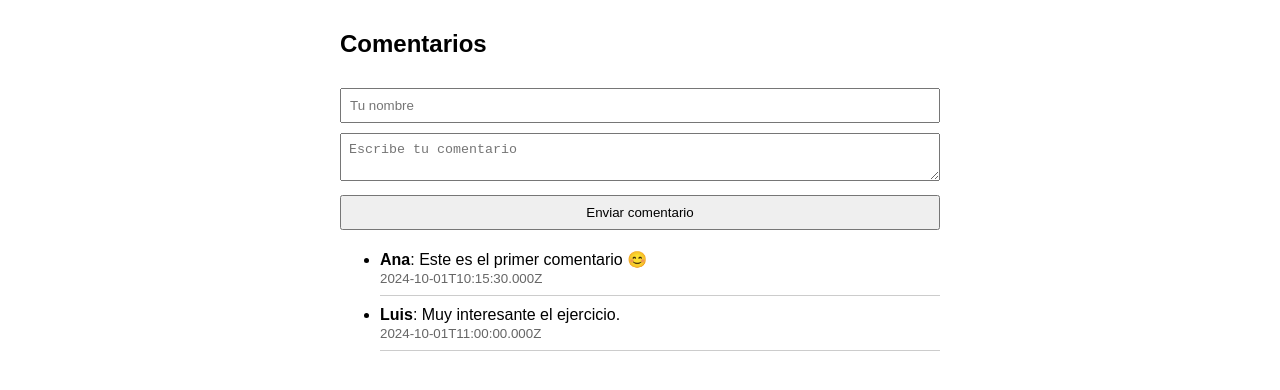
Repository: covaa15/DWEC
Page: Ejer_11/Ejercicio2/index.html
These files come from the project's save history. The page is drawn as it stood at one moment and after the next save; the edit follows.
The browser window is 1280 px wide. The pictures show the whole page.

Above is the page before, as saved 2025-12-13 18:16:28.

After the next save:
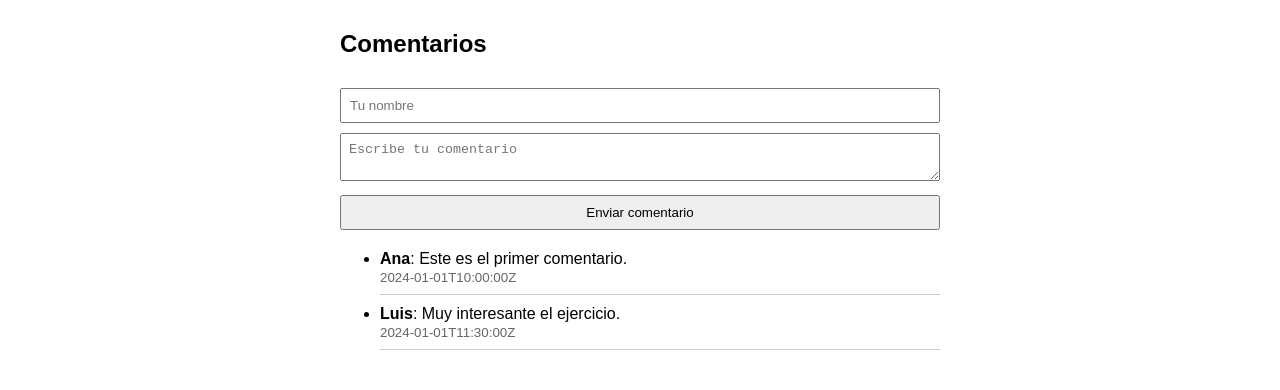
Saved 57 s later.
--- a/Ejer_11/Ejercicio2/scripts/script.js
+++ b/Ejer_11/Ejercicio2/scripts/script.js
@@ -4,7 +4,7 @@ const listaComentarios = document.getElementById("lista-comentarios");
 
 
 // Archivo JSON con comentarios iniciales
-const URL_COMENTARIOS_INICIALES = "comments_initial.json";
+const URL_COMENTARIOS_INICIALES = "./data/comments_initial.json";
 
 // URL de webhook.site para simular el POST
 const URL_WEBHOOK = "https://cors-anywhere.herokuapp.com/https://webhook.site/";
